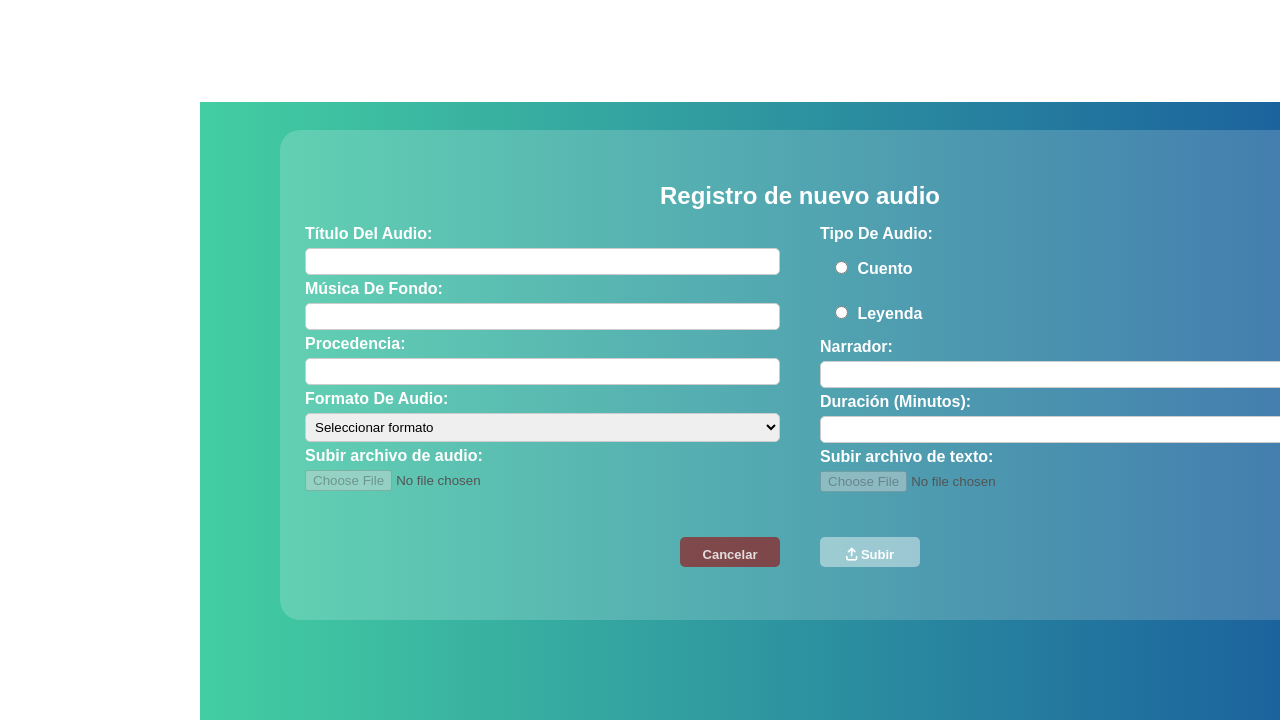
Repository: QubitDev/LaVozDeMiTierra
Page: src/app/pages/html/registro.html
The author's editor kept a copy of each file at every save. The page is drawn from the files as they stood at one save, then again after the next save.
The browser window is 1280 px wide. The pictures show the whole page.
The pointer rests on the first visible `.button__cancel button`.
Some web libraries are served in a nearby version.

Above is the page before, as saved 2023-10-07 15:19:36.

After the next save:
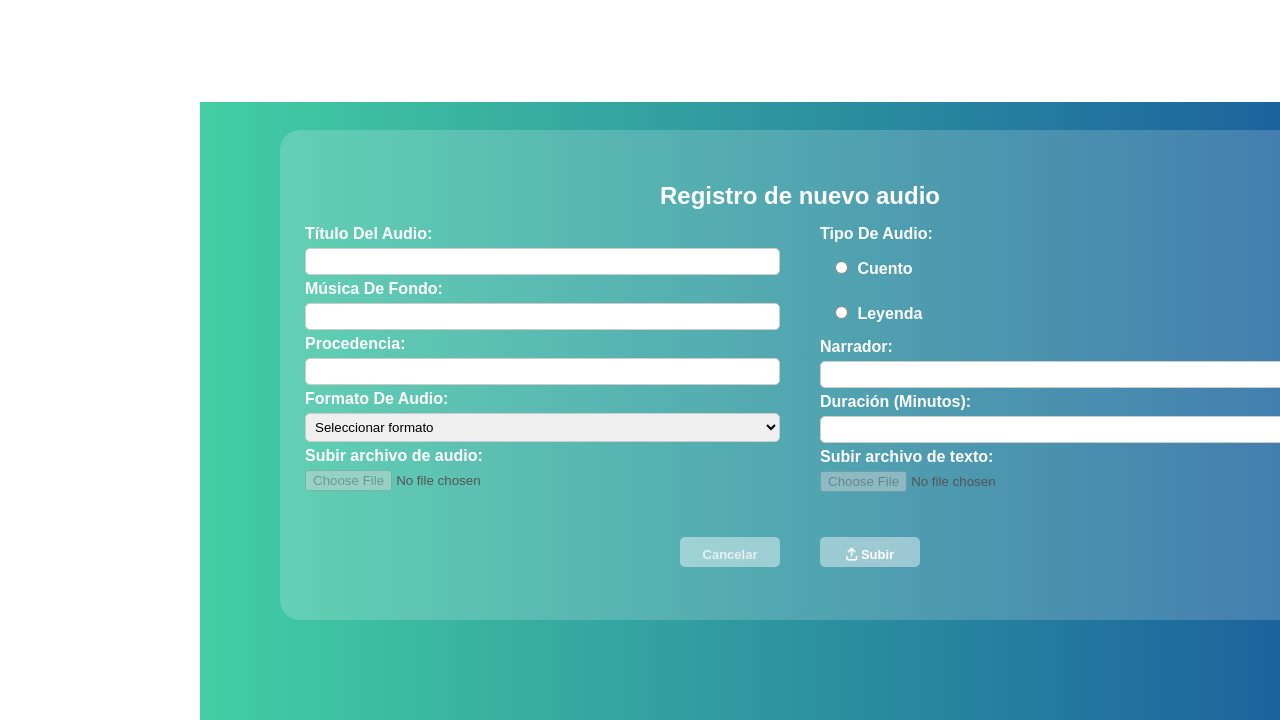
Saved 9 min 18 s later.
--- a/src/app/pages/css/registro.css
+++ b/src/app/pages/css/registro.css
@@ -158,7 +158,7 @@
 } */
 
 .button__cancel button:hover {
-  background-color: rgba(158, 0, 0, 0.575);
+  background-color: #9e00009375);
   color: rgba(245, 245, 245, 0.863);
 }
 

After the 4 saves that followed:
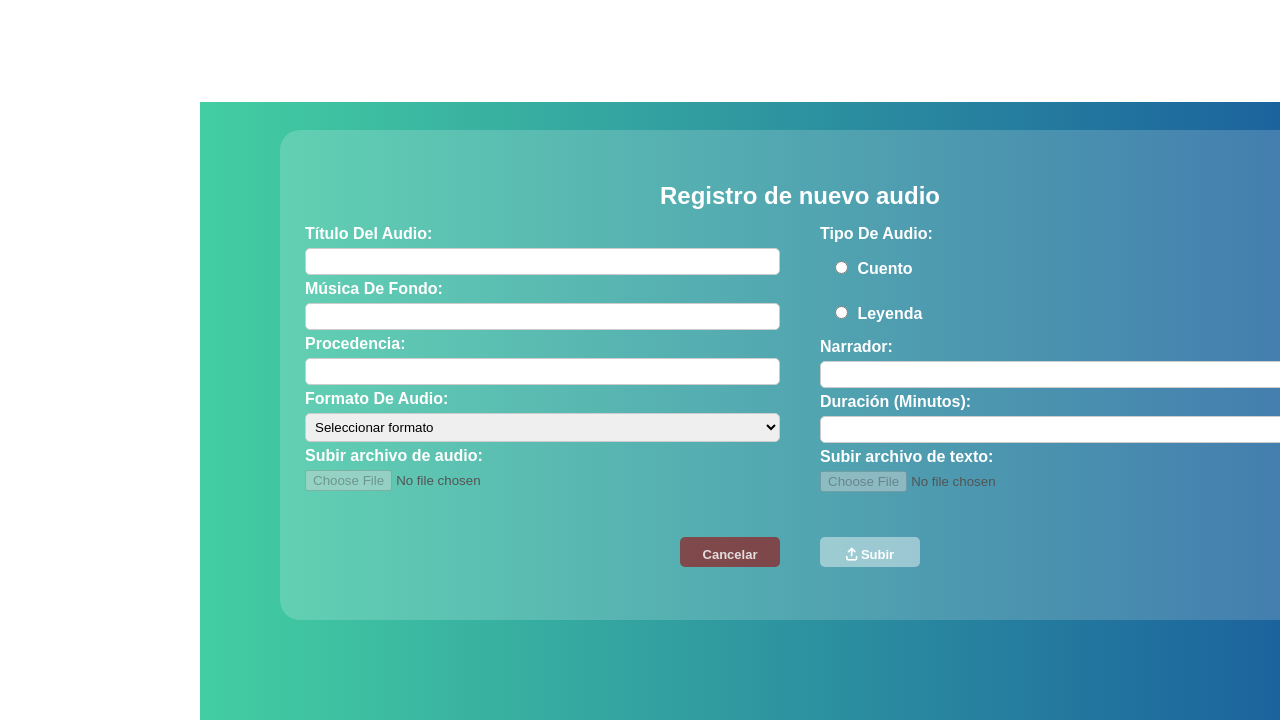
The 4 saves are shown as one change because 3 left the picture as it was.
The last was saved 43 s later.
--- a/src/app/pages/css/registro.css
+++ b/src/app/pages/css/registro.css
@@ -158,7 +158,7 @@
 } */
 
 .button__cancel button:hover {
-  background-color: #9e00009375);
+  background-color: rgba(158, 0, 0, 0.575);
   color: rgba(245, 245, 245, 0.863);
 }
 
